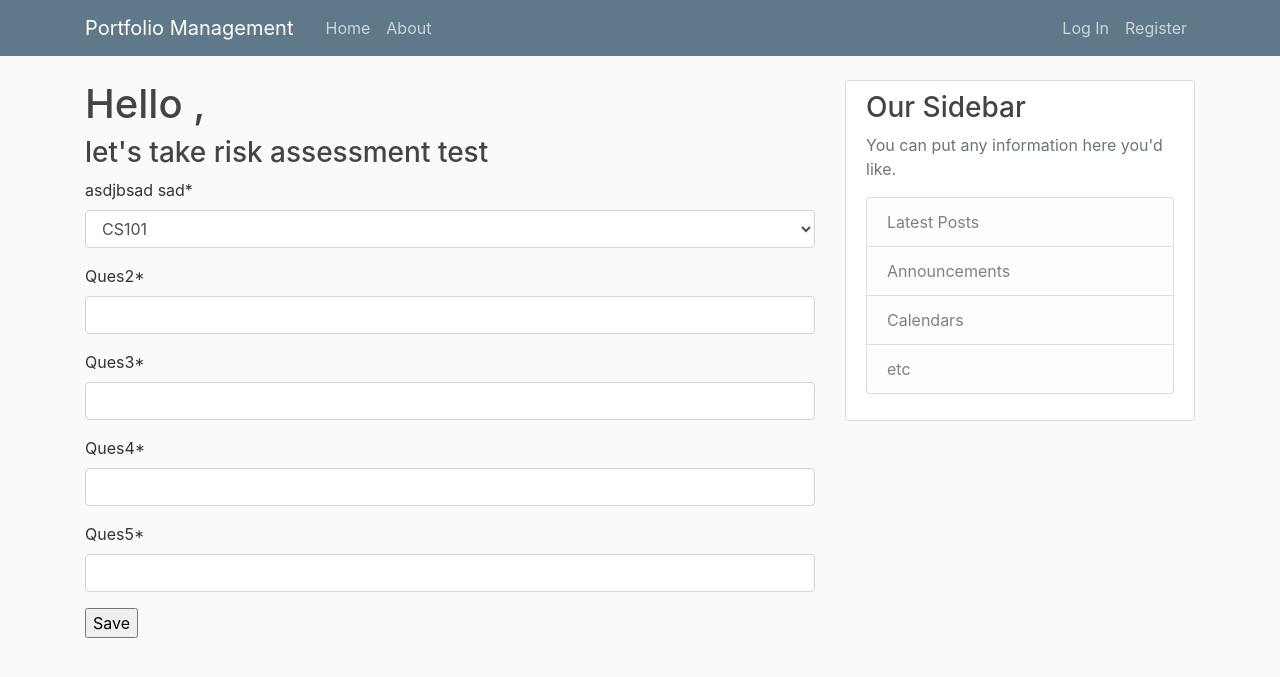
Repository: rahulsolankib/portfolio
Page: http://localhost/questions/
The author's editor kept a copy of each file at every save. The page is drawn from the files as they stood at one save, then again after the next save.
The browser window is 1280 px wide. The pictures show the whole page.
The page is served by the project's application, run on Django 3.2 (manage.py).

Above is the page before, as saved 2020-10-20 00:21:58.

After the next save:
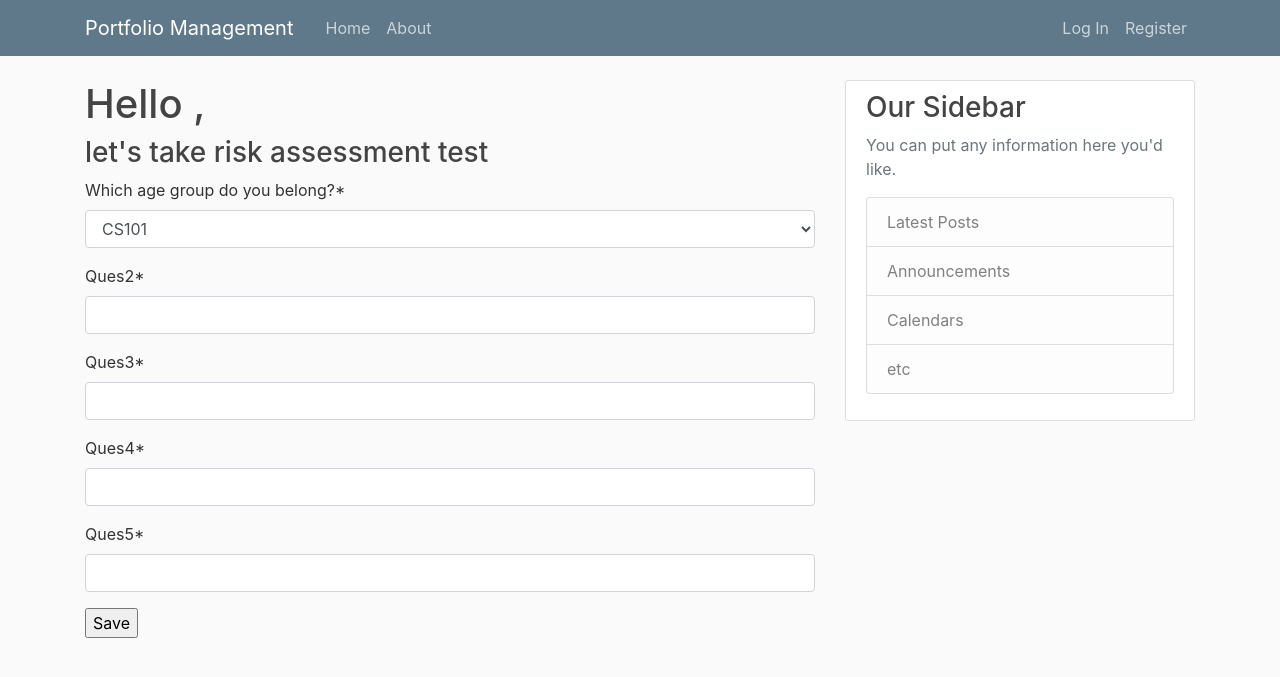
Saved 3 min 37 s later.
--- a/riskCalculator/forms.py
+++ b/riskCalculator/forms.py
@@ -13,7 +13,7 @@ class QForm(forms.Form):
             ,('6','CS106')
     )
 
-    ques1 = forms.TypedChoiceField(label='asdjbsad sad',choices=subject_code, coerce=int, initial=1)
+    ques1 = forms.TypedChoiceField(label='Which age group do you belong?',choices=subject_code, coerce=int, initial=1)
     ques2 = forms.CharField()
     ques3 = forms.CharField()
     ques4 = forms.CharField()
